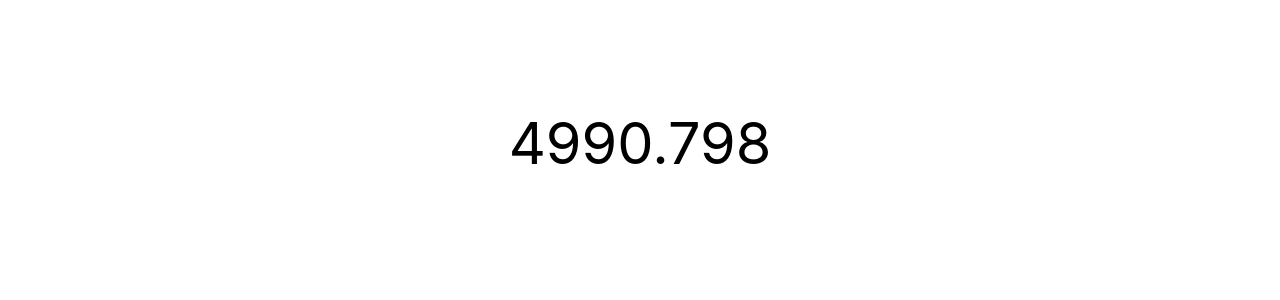
Repository: michalgornicki/bitcoin-virtual
Page: /
The author's editor kept a copy of each file at every save. The page is drawn from the files as they stood at one save, then again after a run of saves.
The browser window is 1280 px wide. The pictures show the whole page.
The project was rebuilt for these pictures with package versions that can differ from the ones it lists, and the page was loaded fresh each time.

Above is the page before, as saved 2021-12-05 20:27:14.

### src/App.jsx
import React, { useState, useEffect } from 'react';
import './App.css';

function App() {

const [bitcoinPrice, setBitcoinPrice] = useState(5000);


const setPrice = () => {
  let randomNumber = parseFloat((Math.random()*10 - 5).toFixed(3));
  setBitcoinPrice(bitcoinPrice => parseFloat((bitcoinPrice + randomNumber).toFixed(3)));
  setTimeout(setPrice, 1000)
}

useEffect(() => {
  setPrice();
}, []);

  return (
    <p>
      <div className="price">{bitcoinPrice}</div>
    </p>
  );
}

export default App;

### src/App.css
.price{
    font-size: 8vmin;
    display: block;
    margin: auto;
    margin-top: 15vmin;
    width: min-content;
}

Loaded but not shown: public/index.html (common file); src/index.js (common file); src/index.css (common file); src/reportWebVitals.js (common file)

After the next 3 saves:
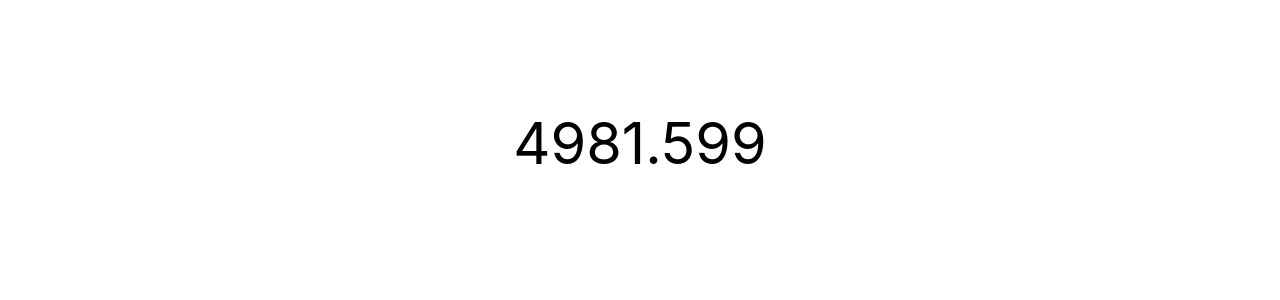
The 3 saves are shown as one change because they came seconds apart.
The last was saved 31 s later.
--- a/src/App.jsx
+++ b/src/App.jsx
@@ -7,7 +7,7 @@ const [bitcoinPrice, setBitcoinPrice] = useState(5000);
 
 
 const setPrice = () => {
-  let randomNumber = parseFloat((Math.random()*10 - 5).toFixed(3));
+  let randomNumber = parseFloat((Math.random()*20 - 10).toFixed(3));
   setBitcoinPrice(bitcoinPrice => parseFloat((bitcoinPrice + randomNumber).toFixed(3)));
   setTimeout(setPrice, 1000)
 }
